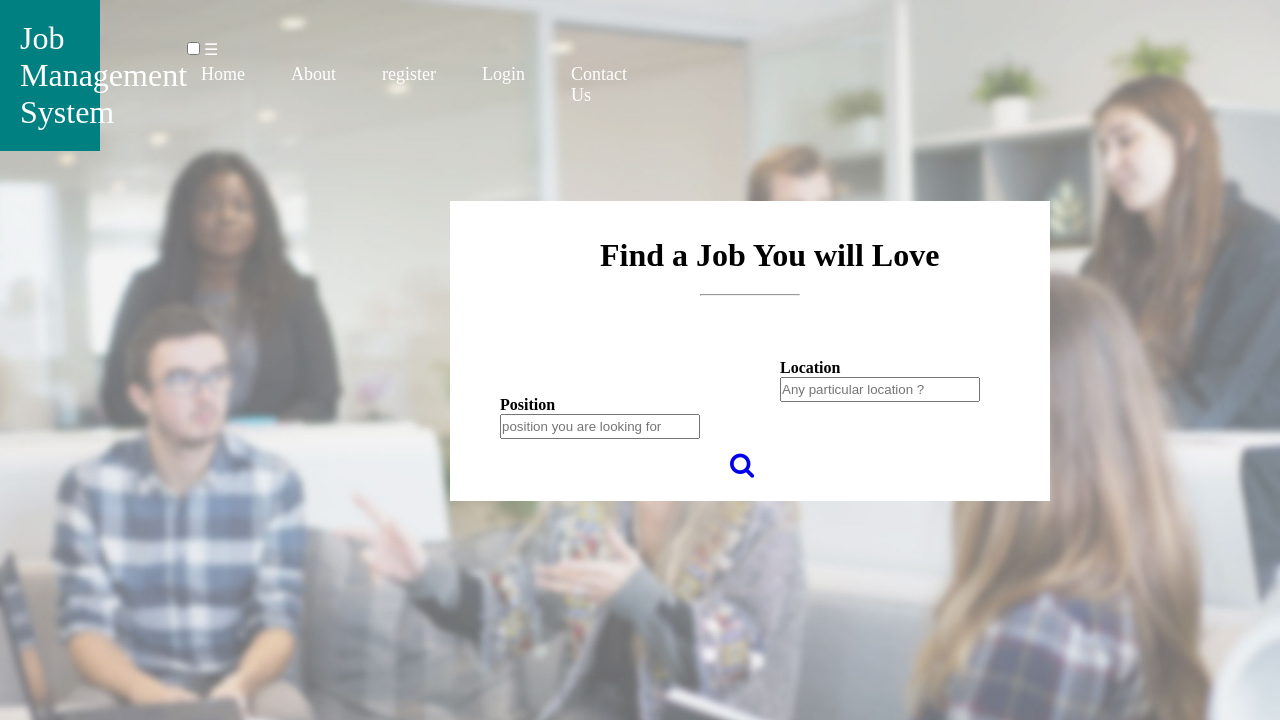
Repository: PrinceKumawat1109/JFSD
Page: http://localhost/Job-management/home.jsp
These files come from the project's save history. The page is drawn as it stood at one moment and after the next save; the edit follows.
The browser window is 1280 px wide. The pictures show the whole page.
The page is served by Tomcat 9. Other server files are loaded and not shown.

Above is the page before, as saved 2022-10-29 18:18:26.

### Job-management/src/main/webapp/home.jsp
<%@ page language="java" contentType="text/html; charset=UTF-8"
    pageEncoding="UTF-8"%>
<!DOCTYPE html>
<html>
<head>
<meta charset="UTF-8">
<link rel="stylesheet" href="https://cdnjs.cloudflare.com/ajax/libs/font-awesome/4.7.0/css/font-awesome.min.css">
<title>Home</title>
	<jsp:include page="navbar.jsp" />
</head>
<style>
body{
    background-image: url('meeting.jpg');
    height: 100px;
    width: 100px;
    background-size: cover;

}
.box{
height: 300px;
width: 600px;
background-color: white;
margin-left: 450px;
margin-top: 50px;
}
h4{
margin-left: 50px;
margin-top: 100px;
}
.location h4{
margin-left: 330px;
margin-top: -80px;

}
</style>
<body>

<div class="box">
<br><br>
<h1 style="margin-left: 150px;">Find a Job You will Love</h1>
<hr style="width: 100px; background-color: red; margin-left: 250px; margin-top: 20px;">
<h4>Position</h4>
<div class="kk" style="margin-left: 50px;">
<input style="height: 25px; width: 200px;"  type="box"  placeholder="position you are looking for">
</div>

<div class="location">
<h4>Location</h4>
<div class="ii">
<input style="height: 25px; width: 200px; margin-left: 330px; "  type="box" placeholder="Any particular location ?">
</div>
</div>
<div class="search">
<a href="facebook.com"><i class="fa fa-search" style="margin-top: 50px; font-size:26px; margin-left: 280px;"></i></a>
</div>
</div>
</body>
</html>

### Job-management/src/main/webapp/navbar.jsp
<!DOCTYPE html>
<html lang="en">
 <head>
   <meta charset="UTF-8" />
   <meta http-equiv="X-UA-Compatible" content="IE=edge" />
   <meta name="viewport" content="width=device-width, initial-scale=1.0" />
   <style>

    /* UTILITIES */
* {
 margin: 0;
 padding: 0;
 box-sizing: border-box;
}
body {
 font-family: cursive;
}
a {
 text-decoration: none;
}
li {
 list-style: none;
}

/* NAVBAR STYLING STARTS */
.navbar {
 display: flex;
 align-items: center;
 justify-content: space-between;
 padding: 20px;
 background-color: teal;
 color: #fff;
}
.nav-links a {
 color: #fff;
}
/* LOGO */
.logo {
 font-size: 32px;
}
/* NAVBAR MENU */
.menu {
 display: flex;
 gap: 1em;
 font-size: 18px;
}
.menu li:hover {
 background-color: #4c9e9e;
 border-radius: 5px;
 transition: 0.3s ease;
}
.menu li {
 padding: 5px 14px;
}
/* DROPDOWN MENU */
.services {
 position: relative;
}
.dropdown {
 background-color: rgb(1, 139, 139);
 padding: 1em 0;
 position: absolute; /*WITH RESPECT TO PARENT*/
 display: none;
 border-radius: 8px;
 top: 35px;
}
.dropdown li + li {
 margin-top: 10px;
}
.dropdown li {
 padding: 0.5em 1em;
 width: 8em;
 text-align: center;
}
.dropdown li:hover {
 background-color: #4c9e9e;
}
.services:hover .dropdown {
 display: block;
}
   </style>
   <title>Document</title>
 </head>
 <body>
   <nav class="navbar">
     <!-- LOGO -->
     <div class="logo">Job Management System</div>
     <!-- NAVIGATION MENU -->
     <ul class="nav-links">
       <!-- USING CHECKBOX HACK -->
       <input type="checkbox" id="checkbox_toggle" />
       <label for="checkbox_toggle" class="hamburger">&#9776;</label>
       <!-- NAVIGATION MENUS -->
       <div class="menu">
         <li><a href="home.jsp">Home</a></li>
         <li><a href="/">About</a></li>
         <li class="services">
           <a href="/">register</a>
           <!-- DROPDOWN MENU -->
           <ul class="dropdown">
             <li><a href="employeeregister.jsp">Employee </a></li>
             <li><a href="employerregister.jsp">Employers</a></li>
           </ul>
         </li>
         <li class="services">
           <a href="/">Login</a>
           <!-- DROPDOWN MENU -->
           <ul class="dropdown">
             <li><a href="employeelogin.jsp">Employee login </a></li>
             <li><a href="employerlogin.jsp">Employers login</a></li>
           </ul>
         </li>
         <li><a href="contact.jsp">Contact Us</a></li>
       </div>
     </ul>
   </nav>
 </body>
</html>

After the next save:
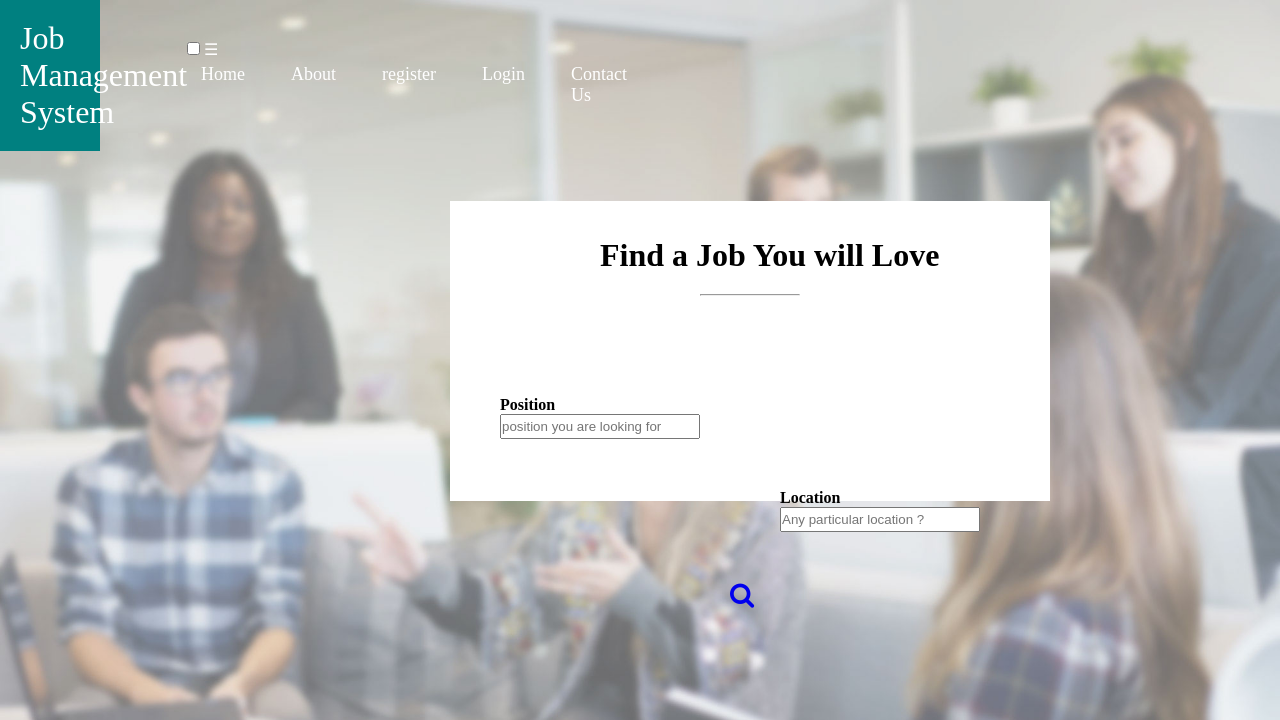
Saved 14 s later.
--- a/Job-management/src/main/webapp/home.jsp
+++ b/Job-management/src/main/webapp/home.jsp
@@ -29,7 +29,7 @@ margin-top: 100px;
 }
 .location h4{
 margin-left: 330px;
-margin-top: -80px;
+margin-top: 50px;
 
 }
 </style>
